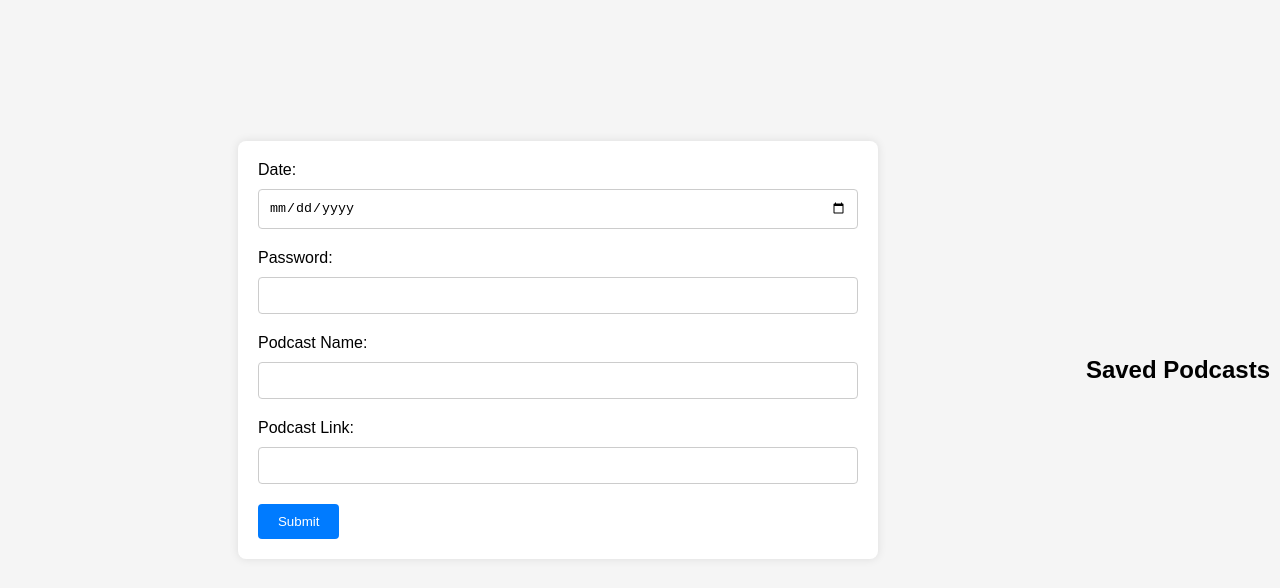
Repository: fechinmitchell/thedailyonepercent
Page: form.html
An editor plug-in stored every save of this project. The page is shown before and after the next save, followed by the edit.
The browser window is 1280 px wide. The pictures show the whole page.

Above is the page before, as saved 2023-06-22 19:58:38.

After the next save:
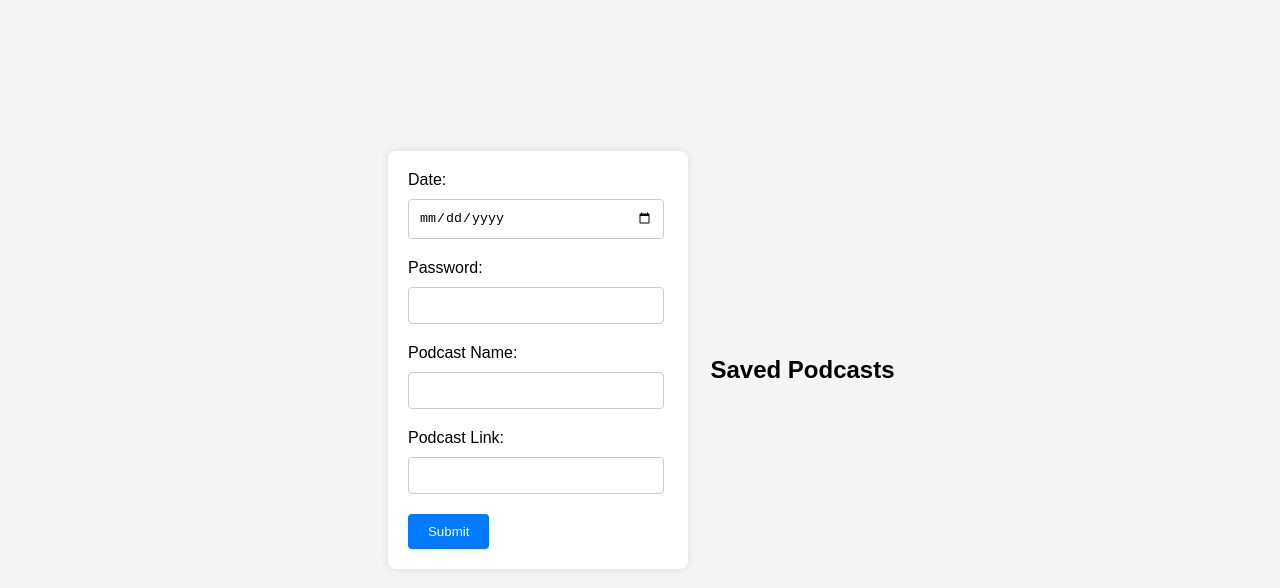
Saved 33 s later.
--- a/popup.css
+++ b/popup.css
@@ -8,20 +8,14 @@ body {
   margin: 0;
 }
 
-#podcast-form-wrapper {
-  width: 100%;
-  max-width: 600px;
-  margin: 0 auto;
-}
-
 #podcast-form {
   background-color: white;
   padding: 20px;
   border-radius: 8px;
   box-shadow: 0px 0px 10px rgba(0,0,0,0.1);
-  width: 100%;
+  width: 80%;
+  max-width: 600px;
   margin: 0 auto;
-  margin-bottom: 20px;
 }
 
 #podcast-form label {
@@ -30,12 +24,11 @@ body {
 }
 
 #podcast-form input {
-  width: 100%;
+  width: 90%;
   padding: 10px;
   margin-bottom: 20px;
   border-radius: 4px;
   border: 1px solid #ccc;
-  box-sizing: border-box; /* Ensures padding is included in width */
 }
 
 #podcast-form button {
